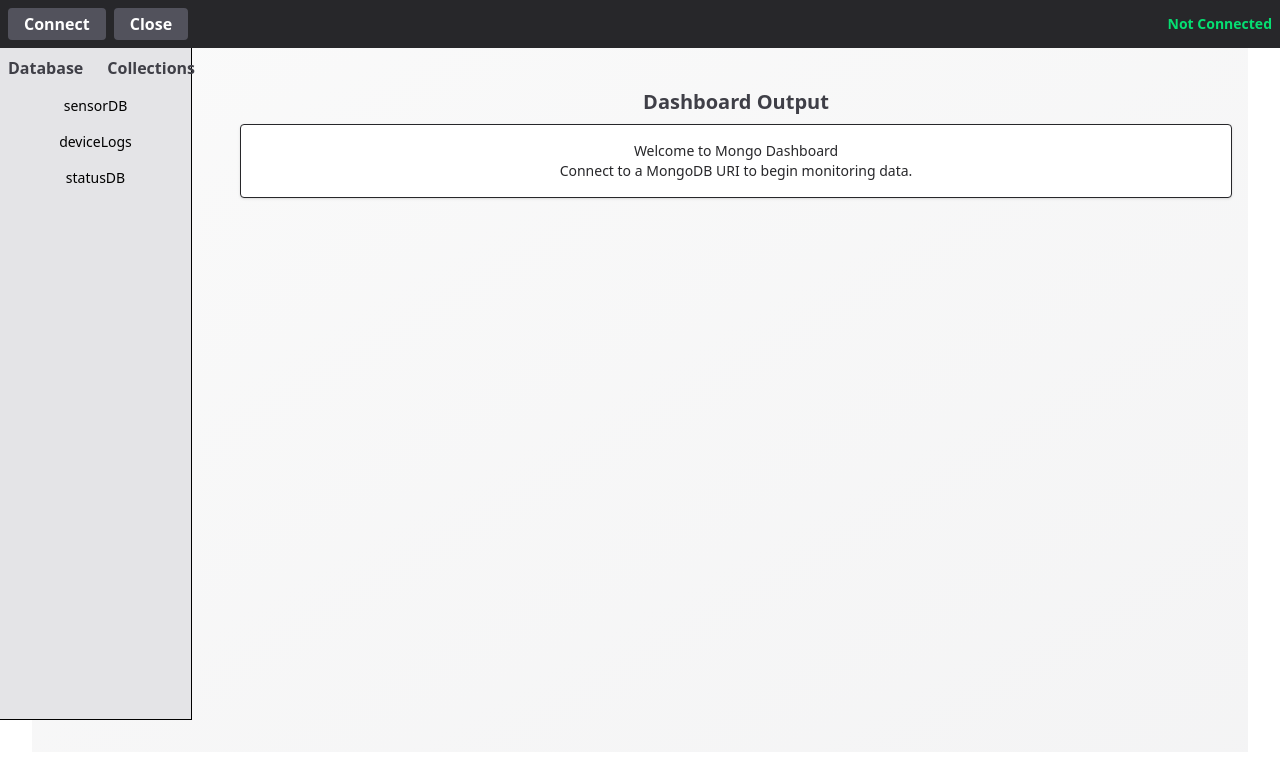
Repository: aryan151pratap/Dashboard
Page: / (app in frontened/)
The author's editor kept a copy of each file at every save. The page is drawn from the files as they stood at one save, then again after the next save.
The browser window is 1280 px wide. The pictures show the whole page.
The project was rebuilt for these pictures with package versions that can differ from the ones it lists, and the page was loaded fresh each time. Also part of the build but not shown: frontened/vite.config.js, frontened/src/component/connect.jsx.

Above is the page before, as saved 2025-06-24 14:16:20.

After the next save:
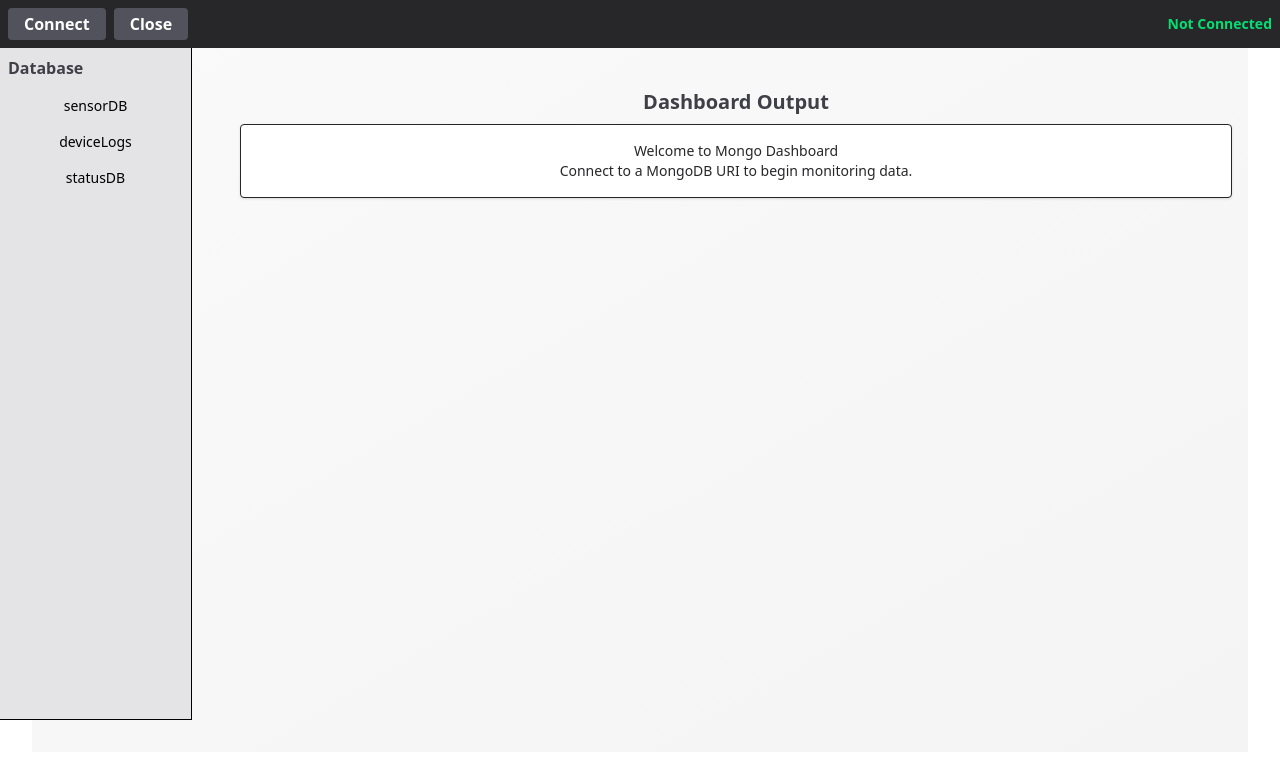
Saved 54 s later.
--- a/frontened/src/component/left_bar.jsx
+++ b/frontened/src/component/left_bar.jsx
@@ -2,7 +2,7 @@ import { useState } from "react";
 import clusterData from "../data/clusterData";
 
 function Left_bar(){
-	const [current_database, setCurrent_database] = useState('');
+	const [current_database, setCurrent_database] = useState(null);
 
 	const handle_current_database = function(i){
 		setCurrent_database(i);
@@ -13,7 +13,9 @@ function Left_bar(){
 
 			<div className="flex flex-row">
 				<button className="sm:text-center font-bold px-2 py-2 text-zinc-700">Database</button>
-				<button className="sm:text-center font-bold px-4 py-2 text-zinc-700">Collections</button>
+				{current_database &&
+					<button className="sm:text-center font-bold px-4 py-2 text-zinc-700">Collections</button>
+				}
 			</div>
 
 
